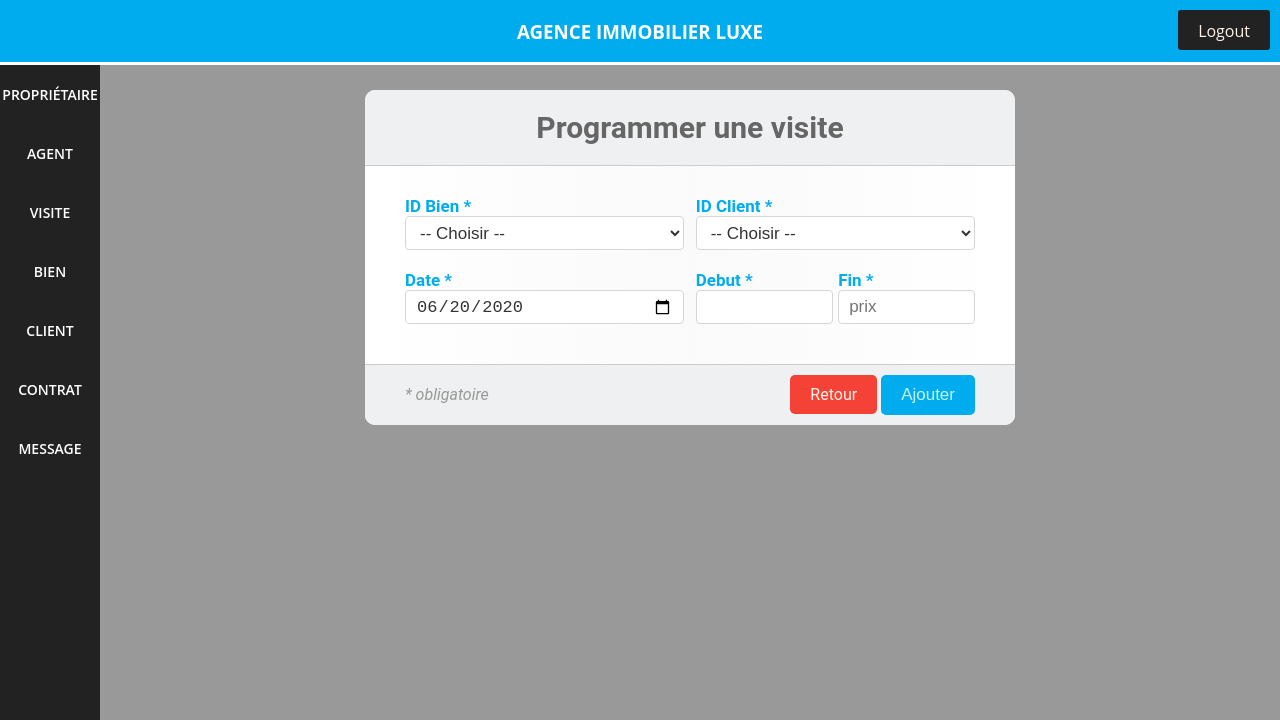
Repository: hassen-mnejja/Real_Estate_Agency_Website
Page: http://localhost/backoffice/WEB-INF/visiteajouter.jsp
An editor plug-in stored every save of this project. The page is shown before and after the next save, followed by the edit.
The browser window is 1280 px wide. The pictures show the whole page.
Some icons come from a web library that is not loaded, so they are not drawn. The page is served by Tomcat 9. Nobody is signed in. The template is opened directly, without the code that normally fills it, so the values that code supplies are empty.

Above is the page before, as saved 2020-06-23 15:52:13.

After the next save:
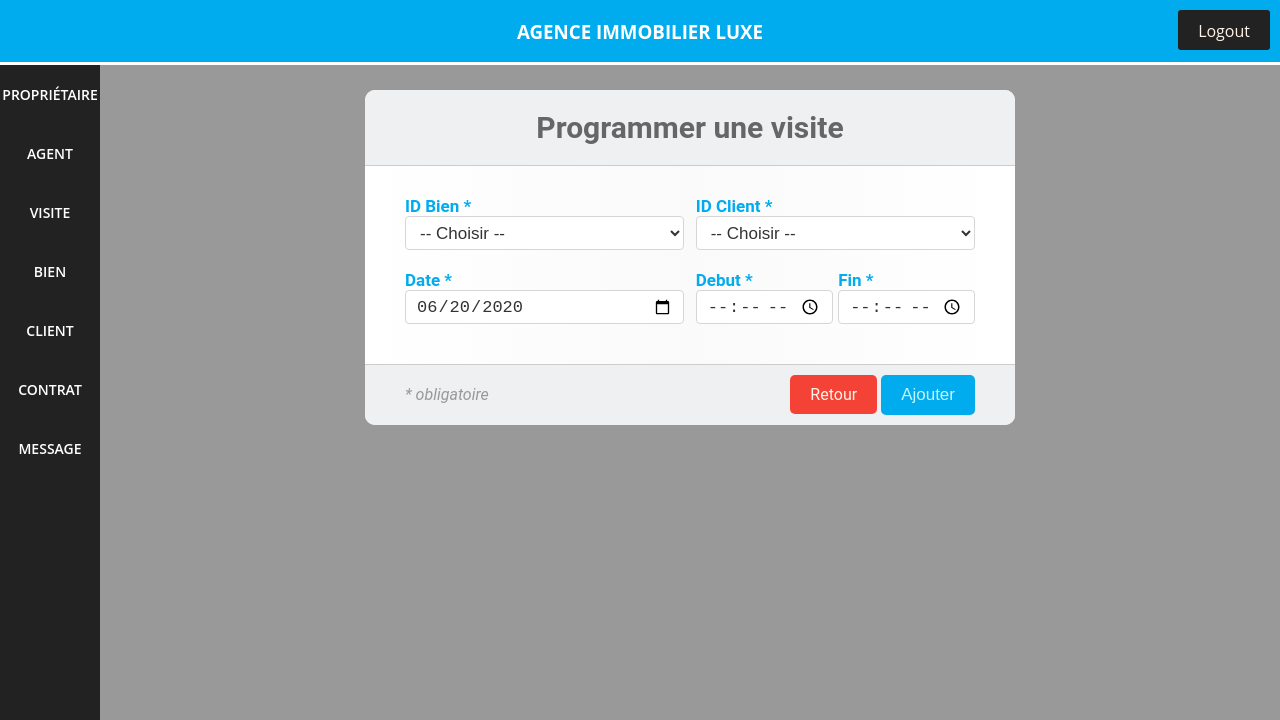
Saved 24 s later.
--- a/backoffice/WebContent/WEB-INF/visiteajouter.jsp
+++ b/backoffice/WebContent/WEB-INF/visiteajouter.jsp
@@ -67,10 +67,10 @@ a.log {
 					</div>
 					<div class="form-group right">
 						<div class="form-group left">
-							<label for="numpriv" class="label-title">Debut *</label> <input type="hour" id="date" name="date" class="form-input" required="required"/>
+							<label for="numpriv" class="label-title">Debut *</label> <input type="time" id="date" name="date" class="form-input" required="required"/>
 						</div>
 						<div class="form-group right">
-							<label for="numtrav" class="label-title">Fin *</label> <input type="hour" id="prix" name="prix" class="form-input" placeholder="prix" required="required"/>
+							<label for="numtrav" class="label-title">Fin *</label> <input type="time" id="prix" name="prix" class="form-input" placeholder="prix" required="required"/>
 						</div>
 					</div>
 				</div>
